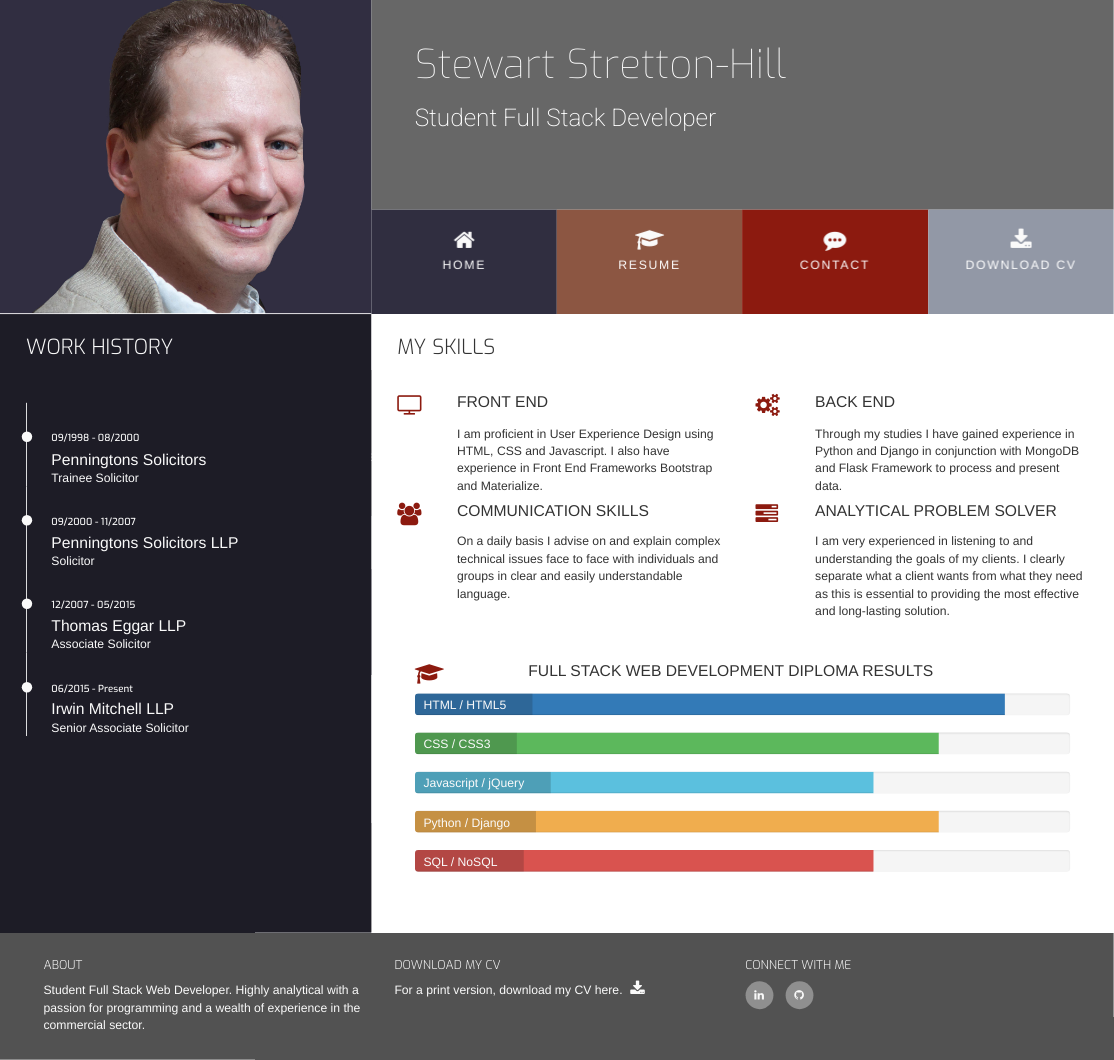
Repository: Shilldon/CV
Page: resume.html
The author's editor kept a record of every edit. The page is drawn from the files as they stood at one moment, then again after the next edit.
The browser window is 1280 px wide. The pictures show the whole page, at 87% of full size.

Above is the page before.

### resume.html
<!DOCTYPE html>
<html lang="en">

<head>
    <link rel="stylesheet" href="https://maxcdn.bootstrapcdn.com/bootstrap/3.3.7/css/bootstrap.min.css" type="text/css" />
    <link rel="stylesheet" href="https://stackpath.bootstrapcdn.com/font-awesome/4.7.0/css/font-awesome.min.css" type="text/css" />
    <link rel="stylesheet" href="https://cdnjs.cloudflare.com/ajax/libs/hover.css/2.3.1/css/hover-min.css" type="text/css" />
    <link rel="stylesheet" href="assets/css/style.css" type="text/css" />
    <meta name="viewport" content="width=device-width, initial-scale-1">
</head>

<body>
    <header class="container-fluid">
        <div class="row">
            <a href="index.html" alt="profile image">
                <div class="col-md-4 logo"></div>
            </a>
            <div class="col-md-8">
                <div class="row bg-color-name-title">
                    <div class="heading">
                        <h1 class="name">Stewart Stretton-Hill</h1>
                        <h2 class="title">Student Full Stack Developer</h2>
                    </div>
                </div>

                <div class="row">
                    <ul id="nav" class="list-inline clearfix">
                        <li class="col-xs-6 col-sm-3 ui-menu-color-home menuitem">
                            <a href="index.html" class="hvr-sweep-to-bottom"><i class="fa fa-home" aria-hidden="true"></i><span>Home</span></a>
                        </li>
                        <li class="col-xs-6 col-sm-3 ui-menu-color-resume menuitem">
                            <a href="resume.html" class="hvr-sweep-to-bottom"><i class="fa fa-graduation-cap" aria-hidden="true"></i><span>Resume</span></a>
                        </li>
                        <li class="col-xs-6 col-sm-3 ui-menu-color-contact menuitem">
                            <a href="contact.html" class="hvr-sweep-to-bottom"><i class="fa fa-commenting" aria-hidden="true"></i><span>Contact</span></a>
                        </li>
                        <li class="col-xs-6 col-sm-3 ui-menu-color-download menuitem">
                            <a href="assets/cv/sample-cv.pdf" target="_blank" class="hvr-sweep-to-bottom"><i class="fa fa-download" aria-hidden="true"></i><span>Download CV</span></a>
                        </li>
                    </ul>
                </div>
            </div>
        </div>
    </header>

    <section class="container-fluid">
        <div class="row row-table">
            <div class="col-xs-12 col-sm-12 col-md-4 bg-color-work-history section-column">
                <div class="row">
                    <div class="col-md-12">
                        <h3 class="history-heading uppercase">Work History</h3>
                    </div>
                </div>

                <div class="history-items">
                    <div class="timeline-item" dates="09/1998 - 08/2000">
                        <h4>Penningtons Solicitors</h4>
                        <p>Trainee Solicitor</p>
                    </div>
                    <div class="timeline-item" dates="09/2000 - 11/2007">
                        <h4>Penningtons Solicitors LLP</h4>
                        <p>Solicitor</p>
                    </div>
                    <div class="timeline-item" dates="12/2007 - 05/2015">
                        <h4>Thomas Eggar LLP</h4>
                        <p>Associate Solicitor</p>
                    </div>
                    <div class="timeline-item" dates="06/2015 - Present">
                        <h4>Irwin Mitchell LLP</h4>
                        <p>Senior Associate Solicitor</p>
                    </div>
                </div>

            </div>
            <div class="col-xs-12 col-sm-12 col-md-8 bg-color-three-reasons section-column">
                <div class="row">
                    <div class="col-md-12">
                        <h3 class="section-heading uppercase">My Skills</h3>
                    </div>
                </div>

                <div class="row">
                    <div class="col-xs-10 col-xs-offset-1 col-sm-offset-0 col-sm-4 col-md-6">
                        <div class="row">
                            <div class="col-xs-2 col-sm-2 col-md-2">
                                <i class="three-reasons-icon fa fa-tv" aria-hidden="true"></i>
                            </div>
                            <div class="col-xs-10 col-sm-10 ">
                                <h4 class="three-reasons-heading uppercase">Front End</h4>
                                <p>
                                    I am proficient in User Experience Design using HTML, CSS and Javascript. I also have experience in Front End Frameworks Bootstrap and Materialize.
                                </p>
                            </div>
                        </div>
                    </div>
                    <div class="col-xs-10 col-xs-offset-1 col-sm-offset-0 col-sm-4 col-md-6">
                        <div class="row">
                            <div class="col-xs-2 col-sm-2 col-md-2">
                                <i class="three-reasons-icon fa fa-gears" aria-hidden="true"></i>
                            </div>
                            <div class="col-xs-10 col-sm-10 ">
                                <h4 class="three-reasons-heading uppercase">Back End</h4>
                                <p>
                                    Through my studies I have gained experience in Python and Django in conjunction with MongoDB and Flask Framework to process and present data.</p>
                            </div>
                        </div>
                    </div>
                    <div class="col-xs-10 col-xs-offset-1 col-sm-offset-0 col-sm-4 col-md-6">
                        <div class="row">
                            <div class="col-xs-2 col-sm-2 col-md-2">
                                <i class="three-reasons-icon fa fa-users" aria-hidden="true"></i>
                            </div>
                            <div class="col-xs-10 col-sm-10 ">
                                <h4 class="three-reasons-heading uppercase">Communication Skills</h4>
                                <p>
                                    On a daily basis I advise on and explain complex technical issues face to face with individuals and groups in clear and easily understandable language.
                                </p>
                            </div>
                        </div>
                    </div>
                    <div class="col-xs-10 col-xs-offset-1 col-sm-offset-0 col-sm-4 col-md-6">
                        <div class="row">
                            <div class="col-xs-2 col-sm-2 col-md-2">
                                <i class="three-reasons-icon fa fa-tasks" aria-hidden="true"></i>
                            </div>
                            <div class="col-xs-10 col-sm-10 ">
                                <h4 class="three-reasons-heading uppercase">Analytical Problem Solver</h4>
                                <p>
                                    I am very experienced in listening to and understanding the goals of my clients. I clearly separate what a client wants from what they need as this is essential to providing the most effective and long-lasting solution.
                                </p>
                            </div>
                        </div>
                    </div>
                </div>
                <div class="progress-section">
                <div class="row">
                    <div class="col-xs-2 col-sm-2 col-md-2">
                        <i class="three-reasons-icon fa fa-graduation-cap" aria-hidden="true"></i>
                    </div>
                    <div class="col-xs-10 col-sm-10">
                        <h4 class="three-reasons-heading uppercase">Full Stack Web Development Diploma Results</h4>
                    </div>
                </div>
                    <div class="progress">
                        <div class="progress-bar" role="progressbar" aria-valuenow="90" aria-valuemin="0" aria-valuemax="100" style="width:90%">
                            <span class="sr-only"> 90% </span>
                            <!-- screen reader only - sr-only -->
                        </div>
                        <span class="progress-type">HTML / HTML5</span>
                    </div>
                    <div class="progress">
                        <div class="progress-bar progress-bar-success" role="progressbar" aria-valuenow="80" aria-valuemin="0" aria-valuemax="100" style="width:80%">
                            <span class="sr-only"> 80% </span>
                            <!-- screen reader only - sr-only -->
                        </div>
                        <span class="progress-type">CSS / CSS3</span>
                    </div>
                    <div class="progress">
                        <div class="progress-bar progress-bar-info" role="progressbar" aria-valuenow="70" aria-valuemin="0" aria-valuemax="100" style="width:70%">
                            <span class="sr-only"> 70% </span>
                            <!-- screen reader only - sr-only -->
                        </div>
                        <span class="progress-type">Javascript / jQuery</span>
                    </div>
                    <div class="progress">
                        <div class="progress-bar progress-bar-warning" role="progressbar" aria-valuenow="80" aria-valuemin="0" aria-valuemax="100" style="width:80%">
                            <span class="sr-only"> 80% </span>
                            <!-- screen reader only - sr-only -->
                        </div>
                        <span class="progress-type">Python / Django</span>
                    </div>
                    <div class="progress">
                        <div class="progress-bar progress-bar-danger" role="progressbar" aria-valuenow="70" aria-valuemin="0" aria-valuemax="100" style="width:70%">
                            <span class="sr-only"> 70% </span>
                            <!-- screen reader only - sr-only -->
                        </div>
                        <span class="progress-type">SQL / NoSQL</span>
                    </div>

                </div>
            </div>
        </div>
    </section>

    <footer class="container-fluid">
        <div id="footer-details" class="row">
            <div class="col-sm-4">
                <h5 class="uppercase general-sub">About</h5>
                <p class="inline-block">
                    Student Full Stack Web Developer. Highly analytical with a passion for programming and a wealth of experience in the commercial sector.
                </p>
            </div>
            <div class="col-sm-4">
                <h5 class="uppercase general-sub">Download My CV</h5>
                <p class="inline-block">
                    For a print version, download my CV here.
                    <a href="assets/cv/sample-cv.pdf" target="_blank" class="cv-pdf"><i class="fa fa-download" aria-hidden="true"></i></a>
                </p>
            </div>
            <div class="col-sm-4">
                <h5 class="uppercase general-sub">Connect with me</h5>
                <ul class="list-inline social-links">
                    <li><a target=".blank" href="https://www.linkedin.com/in/stewartstrettonhill/"><i class="fa fa-linkedin"></i></a></li>
                    <li><a target="_blank" href="https://github.com/Shilldon/"><i class="fa fa-github" aria-hidden="true"></i></i></a></li>
                </ul>
            </div>
        </div>

    </footer>
</body>

</html>

### assets/css/style.css
@import url('https://fonts.googleapis.com/css?family=Roboto:100,200,300,400,500,600,700|Exo:100,200,300,400,500,600,700');

/*-------------------------------------------Colors*/

.bg-color-name-title {
    background-color: #676767;
}

.bg-color-three-reasons {
    background-color: #ffffff;
}

.bg-color-personal-info {
    background-color: #f4f4f4;
}

.bg-color-work-history {
    background-color: rgb(29, 28, 38);
}

.bg-color-contact {
    background-color: #ffffff;
}

.ui-menu-color-home {
    background-color: #302E40;
}

.ui-menu-color-resume {
    background-color: #8C5642;
}

.ui-menu-color-contact {
    background-color: #8C1A0F;
}

.ui-menu-color-download {
    background-color: #9298A6;
}


/*-------------------------------------------Special Padding/Margins/Text*/

h1,
h2,
h3,
h4 {
    margin: 0;
}

.uppercase {
    text-transform: uppercase;
}

.general-sub {
    font-family: "Exo", sans-serif;
    font-weight: 300;
    color: #fafafa;
}

.inline-block {
    display: inline-block;
}

.row-table {
    display: table;
}

.history-heading,
.section-heading {
    font-family: "Exo", sans-serif;
    font-weight: 300;
    margin-top: 25px;
    margin-bottom: 40px;
}

/*-------------------------------------------Heading*/

header {
    margin: 0;
}

.heading {
    margin-left: 50px;
}

.logo {
    background: url("../images/headshot.jpg");
    background-position: center;
    background-repeat: no-repeat;
    background-size: cover;
    min-height: 360px;
    transition: all .5s ease-in-out;
    -moz-transition: all .5s ease-in-out;
    -webkit-transition: all .5s ease-in-out;
}

.name {
    font-family: "Exo", sans-serif;
    font-weight: 100;
    font-size: 46px;
    margin-top: 50px;
    color: #ffffff;
}

.title {
    font-family: "Roboto", sans-serif;
    font-weight: 200;
    font-size: 28px;
    margin-top: 20px;
    margin-bottom: 90px;
    color: #ffffff;
}

#nav {
    margin: 0;
}

#nav li {
    padding: 0;
}

.menuitem {
    height: 120px;
    text-align: center;
    padding: 0;
}

.menuitem a {
    width: 100%;
    text-decoration: none;
    color: #ffffff;
    height: 120px;
}

.menuitem a i {
    padding-top: 22px;
    display: block;
    color: #fafafa;
    font-size: 26px;
}

.menuitem span {
    display: block;
    width: 100%;
    padding-top: 5px;
    text-align: center;
    text-transform: uppercase;
    font-size: 14px;
    font-weight: 300;
    letter-spacing: 2px;
}

/*-------------------------------------------Hover.css*/

.hvr-sweep-to-bottom:before {
    background: rgba(0, 0, 0, 0.2);
    height: 120px;
}


/*-------------------------------------------Footer*/

footer {
    background-color: #525252;
    color: #fafafa;
    min-height: 120px;
    margin: 0;
}

footer .cv-pdf i {
    color: #fafafa;
    text-align: center;
    font-size: 18px;
    padding-left: 5px;
}

footer .cv-pdf i:hover {
    color: #e84610;
    transition: all 0.35s ease-in-out;
    -moz-transition: all 0.35s ease-in-out;
    -webkit-transition: all 0.35s ease-in-out;
    -o-transition: all 0.35s ease-in-out;
}

.social-links {
    padding-bottom: 15px;
}

.social-links li a i {
    width: 32px;
    height: 32px;
    padding: 12px 0;
    border-radius: 50%;
    font-size: 13px;
    line-height: 7px;
    text-align: center;
    color: #fafafa;
    background: #8f8f8f;
    transition: all 0.35s ease-in-out;
    -moz-transition: all 0.35s ease-in-out;
    -webkit-transition: all 0.35s ease-in-out;
    -o-transition: all 0.35s ease-in-out;

}

.social-links li a i:hover {
    background: #8C1A0F;

}

#footer-details {
    margin: 20px;
}


/*-------------------------------------------Three Reasons*/

.three-reasons-icon {
    font-size: 26px;
    color: #8C1A0F;

}

.three-reasons-heading {
    margin-bottom: 15px;

}


/*-------------------------------------------Personal Info*/

.personal-info-item {
    margin-bottom: 20px;
    display: block;
    clear: both;

}

.personal-info-item .key,
.personal-info-item .value {
    padding-right: 8px;
}

.personal-info-item .key p,
.personal-info-item .value p {
    margin: 0;
}

.personal-info-item .key {
    display: inline-block;
    width: 30%;
    margin-right: 21px;
    padding-top: 2px;
    vertical-align: top;
}

.personal-info-item .key p {
    font-weight: 700;
}

.personal-info-item .value {
    display: inline-block;
    position: relative;
    width: 60%;
}

/*-------------------------------------------Skills*/

.progress {
    position: relative;
    height: 25px;
}

.progress-type {
    position: absolute;
    /*so text will sit on the progress bar */
    left: 0px;
    font-weight: 400;
    padding: 3px 30px 2px 10px;
    color: #fafafa;
    background-color: rgba(25, 25, 25, 0.2);
}

.progress-section {
    margin: 40px 20px;
}

/*-------------------------------------------Work History*/

.timeline-item {
    padding: 4em 2em 0em 2em;
    position: relative;
    color: #fafafa;
    border-left: 1px solid;
}

.timeline-item p {
    padding: 0;
    margin: 0;

}



.timeline-item::before {
    /*before is a pseudo element */
    content: attr(dates);
    /*search for attribute called dates and display value assocaited with that dates key */
    /*content - i.e. put in whatever the value of content is */
    position: absolute;
    left: 2.5em;
    top: 3em;
    display: block;
    font-family: "Exo", sans-serif;
    font-weight: 500;
    font-size: 0.8em;
    padding: 0;
    margin: 0;

}

.timeline-item::after {
    width: 12px;
    height: 12px;
    display: block;
    top: 2.4em;
    position: absolute;
    left: -6px;
    border-radius: 12px;
    content: '';
    background: #fafafa;
}


.history-heading {
    color: #fafafa;
    margin-bottom: 50px;
}

.history-items {
    margin-bottom: 30px;
}

/*-------------------------------------------Contact*/

.contact-heading {
    font-family: "Exo", sans-serif;
    font-weight: 300;
    margin-top: 25px;
    margin-bottom: 20px;
}
/*
.center-form {
    padding-top: 10px;
    margin: 0 auto;
    max-width: 70%;
}

button[type="submit"] {
    margin-top: 15px;
    margin-bottom: 20px;
    background-color: #e84610;
    color: #fafafa;
}
*/
.contact-details {
    padding:40px;
}
.contact-details .row {
    padding:20px 20px;
}
/*-------------------------------------------Media Queries*/

@media(min-width: 992px) {
    .section-column {
        padding: 0 30px 30px;
        float: none;
        display: table-cell;
    }

    .center-form {
        padding-top: 30px;
        min-height: 240px;
        margin: 0 auto;
        max-width: 50%;
    }
}

After the next edit:
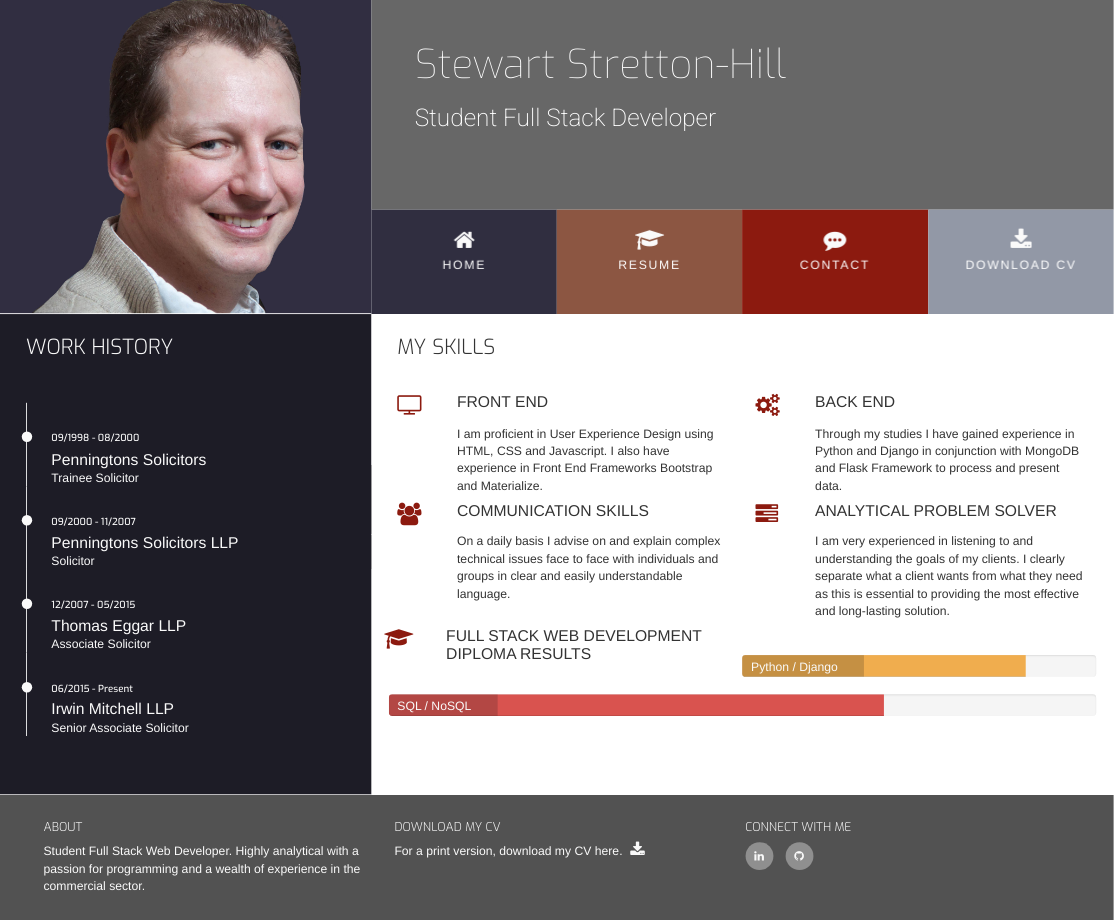
The edit:
--- a/resume.html
+++ b/resume.html
@@ -105,6 +105,8 @@
                             </div>
                         </div>
                     </div>
+                </div>
+                <div class="row">
                     <div class="col-xs-10 col-xs-offset-1 col-sm-offset-0 col-sm-4 col-md-6">
                         <div class="row">
                             <div class="col-xs-2 col-sm-2 col-md-2">
@@ -131,16 +133,19 @@
                             </div>
                         </div>
                     </div>
-                </div>
-                <div class="progress-section">
-                <div class="row">
-                    <div class="col-xs-2 col-sm-2 col-md-2">
-                        <i class="three-reasons-icon fa fa-graduation-cap" aria-hidden="true"></i>
-                    </div>
-                    <div class="col-xs-10 col-sm-10">
-                        <h4 class="three-reasons-heading uppercase">Full Stack Web Development Diploma Results</h4>
-                    </div>
-                </div>
+                <div class="row">
+                    <div class="col-xs-10 col-xs-offset-1 col-sm-offset-0 col-sm-4 col-md-6">
+
+                  <div class="row">
+                        <div class="col-xs-2 col-sm-2 col-md-2">
+                            <i class="three-reasons-icon fa fa-graduation-cap" aria-hidden="true"></i>
+                        </div>
+                        <div class="col-xs-10 col-sm-10">
+                            <h4 class="three-reasons-heading uppercase">Full Stack Web Development Diploma Results</h4>
+                        </div>
+                    </div>
+                </div>
+                <div class="progress-section row">
                     <div class="progress">
                         <div class="progress-bar" role="progressbar" aria-valuenow="90" aria-valuemin="0" aria-valuemax="100" style="width:90%">
                             <span class="sr-only"> 90% </span>
